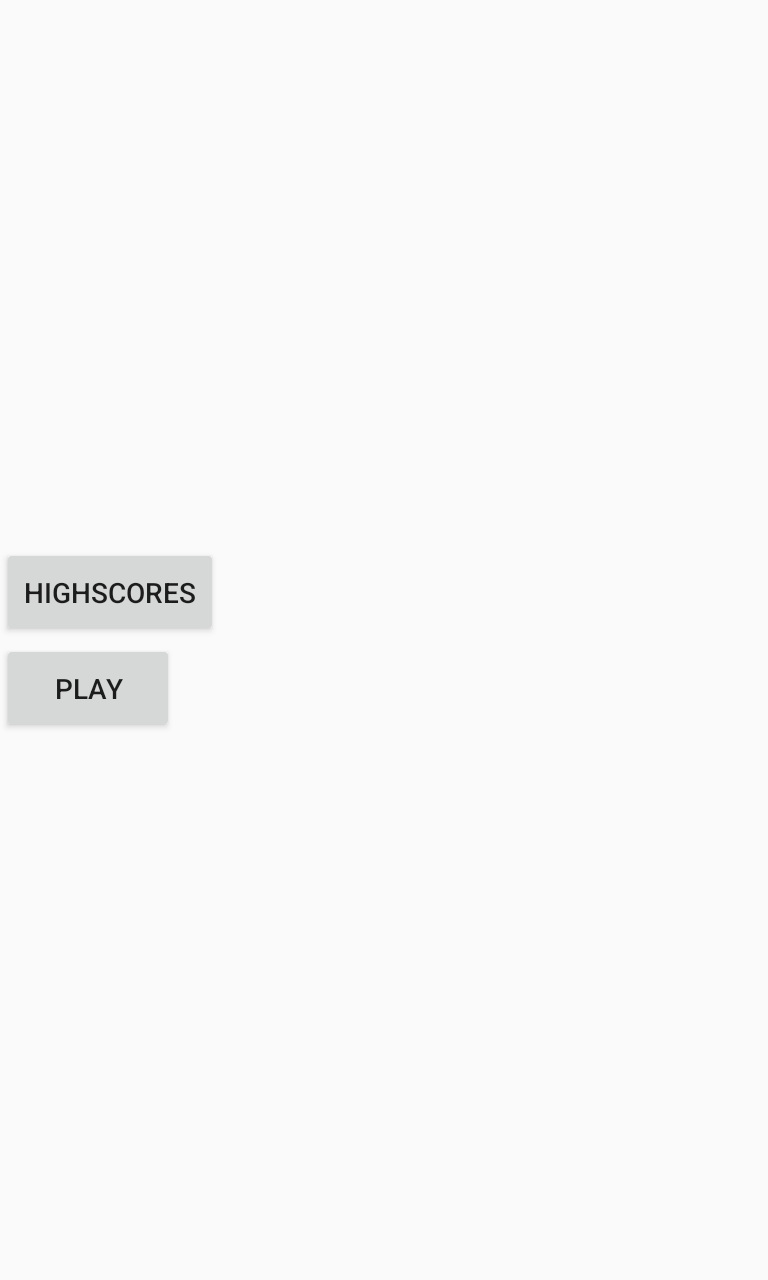
Repository: RedJaVa68/DirectionRunner
Layout: DirectionRunner/res/layout/activity_main.xml
These files come from the project's save history. The layout is drawn as it stood at one moment and after the next save; the edit follows.
It is drawn on a 768 x 1280 px phone screen (xhdpi) without system bars, with theme AppTheme; the app's code is not run.

Above is the layout before, as saved 2015-05-06 00:39:34.

### DirectionRunner/res/layout/activity_main.xml
<LinearLayout xmlns:android="http://schemas.android.com/apk/res/android"
    xmlns:tools="http://schemas.android.com/tools"
    tools:context="edu.utep.cs.cs4330.DirectionRunner.MainActivity"
    android:orientation="vertical"
    android:gravity="center_vertical"
    android:layout_width="fill_parent"
    android:layout_height="fill_parent">
    <Button
        android:id="@+id/statsButton"
       	android:layout_width="wrap_content"
       	android:layout_height="wrap_content"
        android:text="Highscores" />
    <Button
        android:id="@+id/playButton"
        android:layout_width="wrap_content"
        android:layout_height="wrap_content"
        android:text="Play"/>

</LinearLayout>

Loaded but not shown: DirectionRunner/res/values/styles.xml (common file); DirectionRunner/res/values-v11/styles.xml (common file); DirectionRunner/res/values-v14/styles.xml (common file)

After the next save:
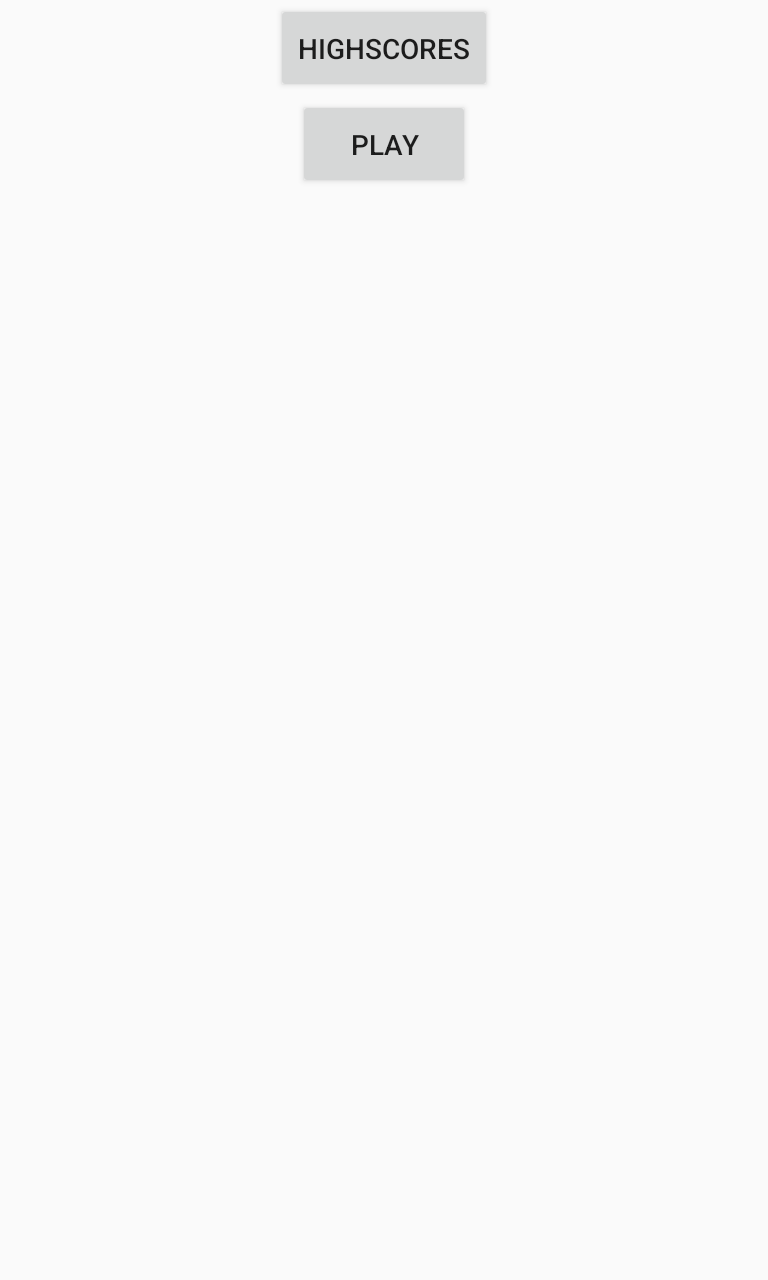
Saved 11 s later.
--- a/DirectionRunner/res/layout/activity_main.xml
+++ b/DirectionRunner/res/layout/activity_main.xml
@@ -2,7 +2,7 @@
     xmlns:tools="http://schemas.android.com/tools"
     tools:context="edu.utep.cs.cs4330.DirectionRunner.MainActivity"
     android:orientation="vertical"
-    android:gravity="center_vertical"
+    android:gravity="center_horizontal"
     android:layout_width="fill_parent"
     android:layout_height="fill_parent">
     <Button

After the save that followed:
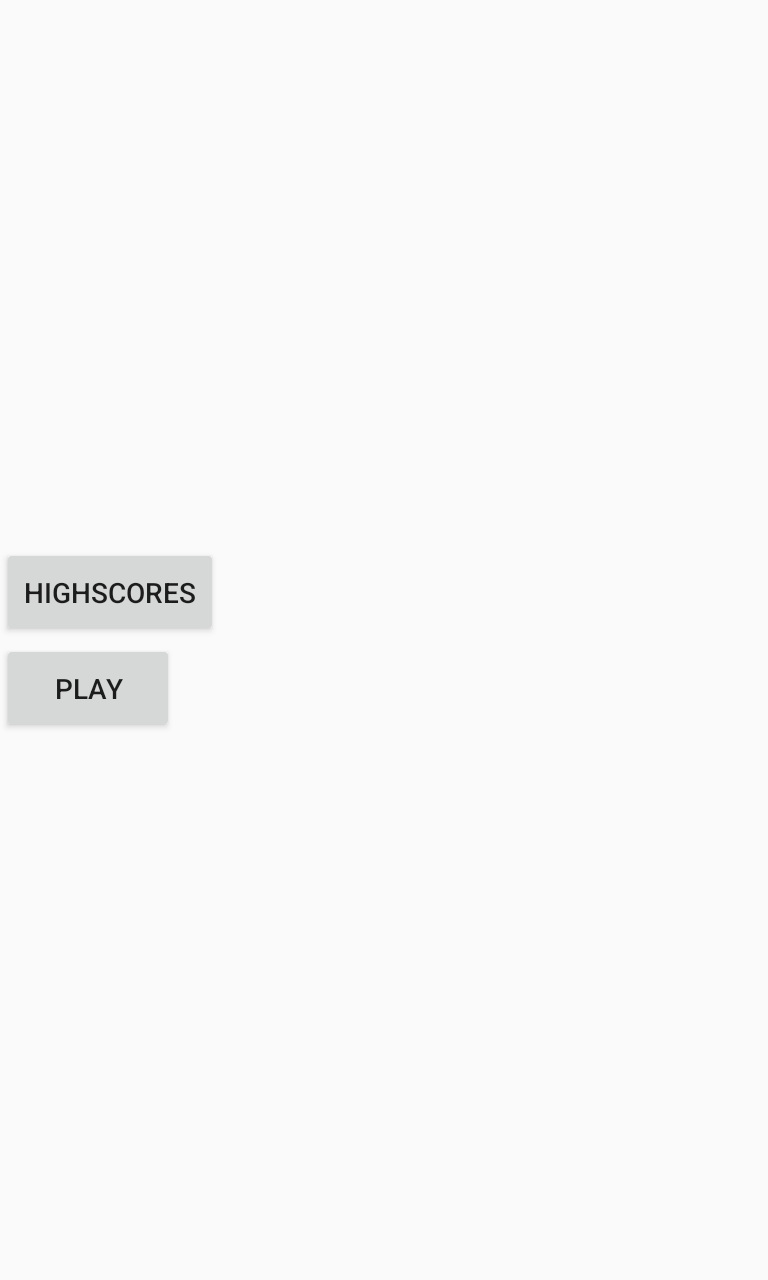
Saved 18 s later.
--- a/DirectionRunner/res/layout/activity_main.xml
+++ b/DirectionRunner/res/layout/activity_main.xml
@@ -3,6 +3,7 @@
     tools:context="edu.utep.cs.cs4330.DirectionRunner.MainActivity"
     android:orientation="vertical"
     android:gravity="center_horizontal"
+    android:gravity="center_vertical"
     android:layout_width="fill_parent"
     android:layout_height="fill_parent">
     <Button
